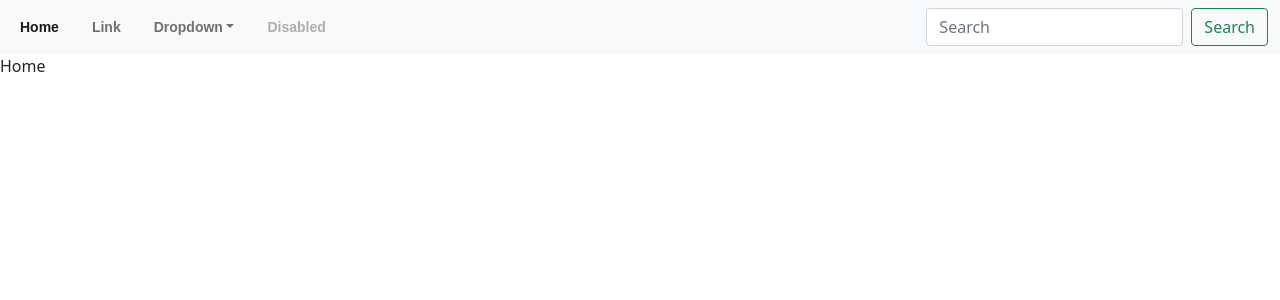
Repository: SaudCh/React-Ecommerce
Page: /
The author's editor kept a copy of each file at every save. The page is drawn from the files as they stood at one save, then again after the next save.
The browser window is 1280 px wide. The pictures show the whole page.
The project was rebuilt for these pictures with package versions that can differ from the ones it lists, and the page was loaded fresh each time. Also part of the build but not shown: src/App.css.

Above is the page before, as saved 2021-12-05 11:40:47.

### src/Header/Header.jsx
import React from "react";
import { Link } from "react-router-dom";
import "./Header.css";

export default function Header() {
  return (
    <nav class="navbar navbar-expand-lg navbar-light bg-light">
      <div class="container-fluid">
        <button
          class="navbar-toggler"
          type="button"
          data-bs-toggle="collapse"
          data-bs-target="#navbarSupportedContent"
          aria-controls="navbarSupportedContent"
          aria-expanded="false"
          aria-label="Toggle navigation"
        >
          <span class="navbar-toggler-icon"></span>
        </button>
        <div class="collapse navbar-collapse" id="navbarSupportedContent">
          <ul class="navbar-nav me-auto mb-2 mb-lg-0">
            <li class="nav-item">
              <Link class="nav-link active" aria-current="page" to="#">
                Home
              </Link>
            </li>
            <li class="nav-item">
              <Link class="nav-link" to="#">
                Link
              </Link>
            </li>
            <li class="nav-item dropdown">
              <Link
                class="nav-link dropdown-toggle"
                to="#"
                id="navbarDropdown"
                role="button"
                data-bs-toggle="dropdown"
                aria-expanded="false"
              >
                Dropdown
              </Link>
              <ul class="dropdown-menu" aria-labelledby="navbarDropdown">
                <li>
                  <Link class="dropdown-item" to="#">
                    Action
                  </Link>
                </li>
                <li>
                  <Link class="dropdown-item" to="#">
                    Another action
                  </Link>
                </li>
                <li>
                  <hr class="dropdown-divider" />
                </li>
                <li>
                  <Link class="dropdown-item" to="#">
                    Something else here
                  </Link>
                </li>
              </ul>
            </li>
            <li class="nav-item">
              <Link
                class="nav-link disabled"
                to="#"
                tabindex="-1"
                aria-disabled="true"
              >
                Disabled
              </Link>
            </li>
          </ul>
          <form class="d-flex">
            <input
              class="form-control me-2"
              type="search"
              placeholder="Search"
              aria-label="Search"
            />
            <button class="btn btn-outline-success" type="submit">
              Search
            </button>
          </form>
        </div>
      </div>
    </nav>
  );
}

Loaded but not shown: public/index.html (common file); src/index.js (common file); src/reportWebVitals.js (common file); src/App.js (19 lines, source omitted); src/Header/Header.css (3512 lines, source omitted)

After the next save:
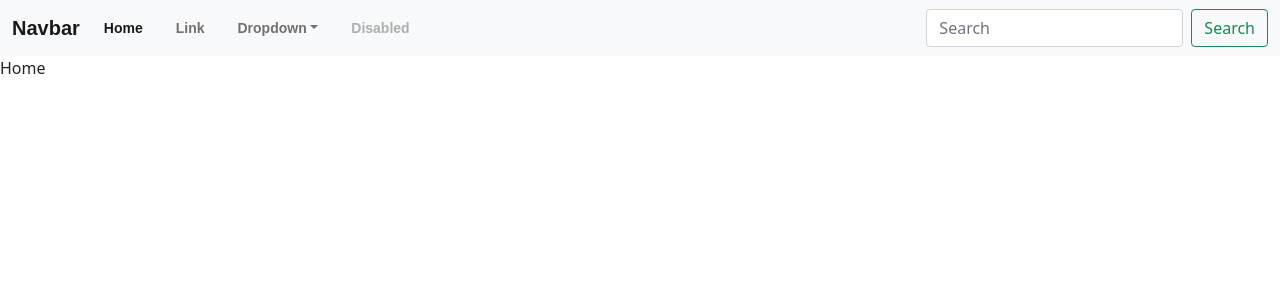
Saved 114 s later.
--- a/src/Header/Header.jsx
+++ b/src/Header/Header.jsx
@@ -6,6 +6,10 @@ export default function Header() {
   return (
     <nav class="navbar navbar-expand-lg navbar-light bg-light">
       <div class="container-fluid">
+        <Link class="navbar-brand" href="#">
+          Navbar
+        </Link>
+
         <button
           class="navbar-toggler"
           type="button"
